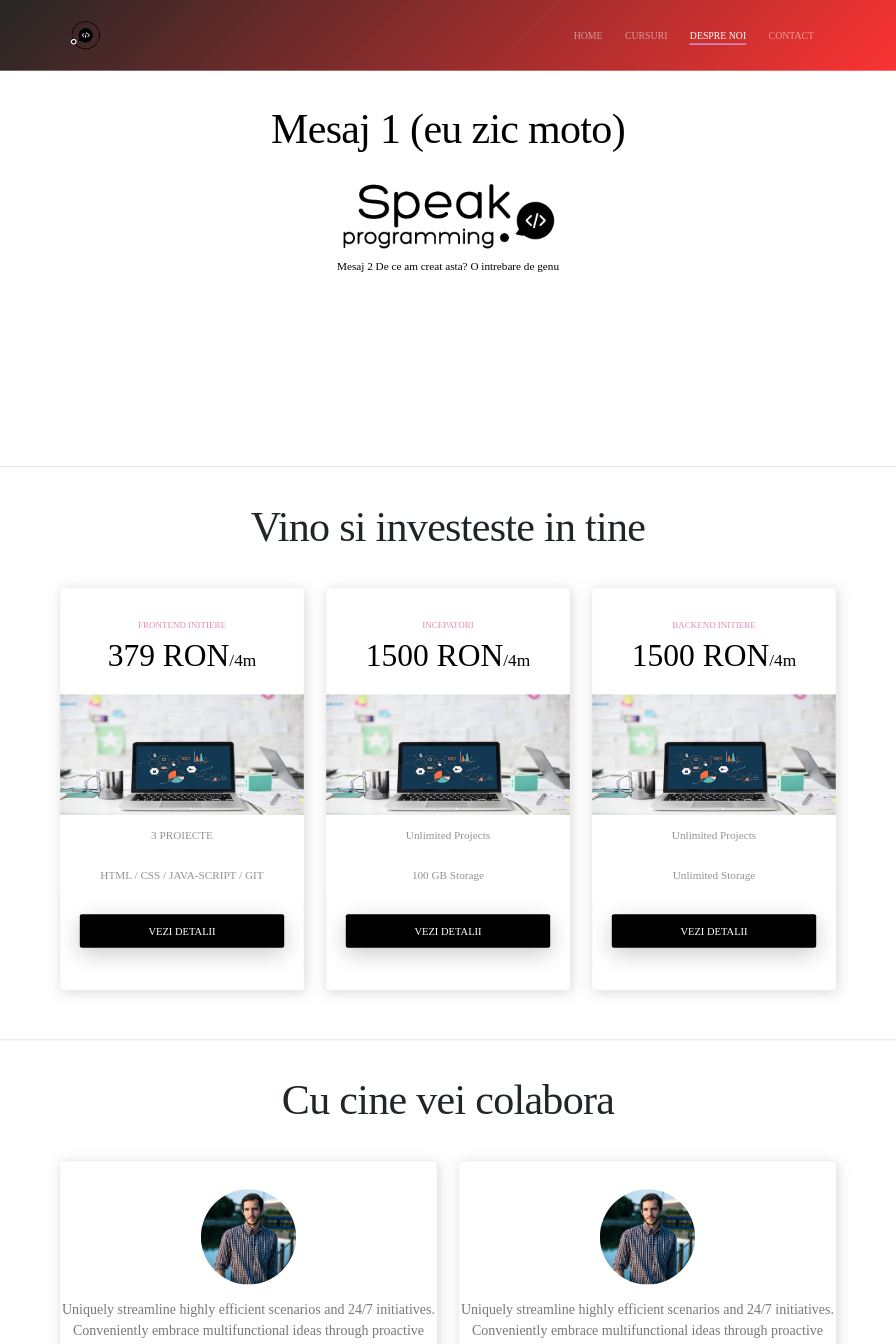
Repository: RosuCatalinDorin/ITSchool
Page: home-page/index.html
These files come from the project's save history. The page is drawn as it stood at one moment and after the next save; the edit follows.
The browser window is 1280 px wide. The pictures show the part of the page from y = 0 to 1920 px (the page is 3264 px tall before and 3016 px after), at 70% of full size.
Some web libraries are served in a nearby version.

Above is the page before, as saved 2019-03-13 19:05:16.

After the next save:
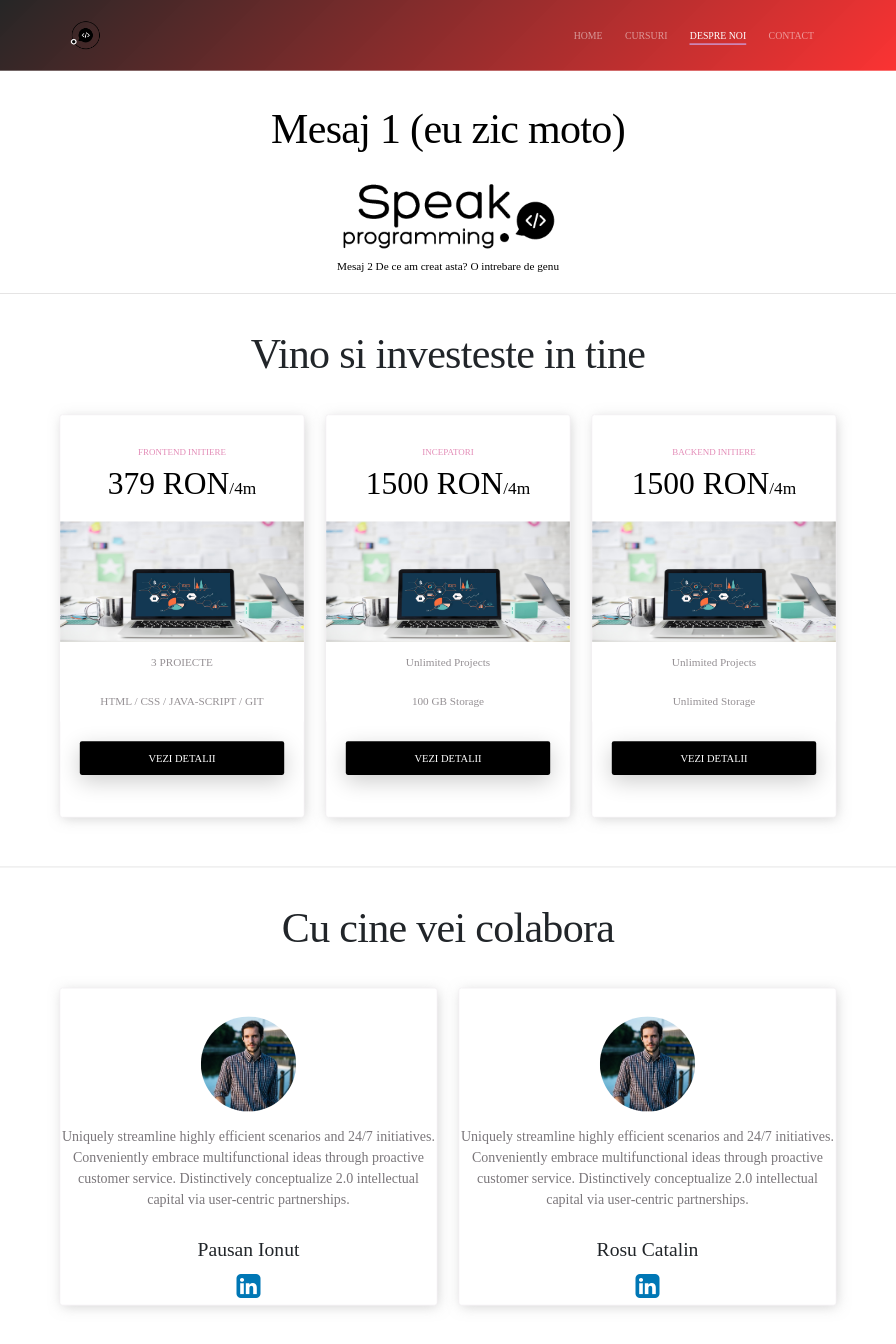
Saved 57 s later.
--- a/css/style.css
+++ b/css/style.css
@@ -223,12 +223,6 @@ header {
     color: #ffb8f6;
     max-width: 800px;
     margin: 0 auto;
-}
-
-.img-holder {
-    height: 0;
-    padding-bottom: 33%;
-    overflow: hidden;
 }
 
 @media (max-width:1200px) {
